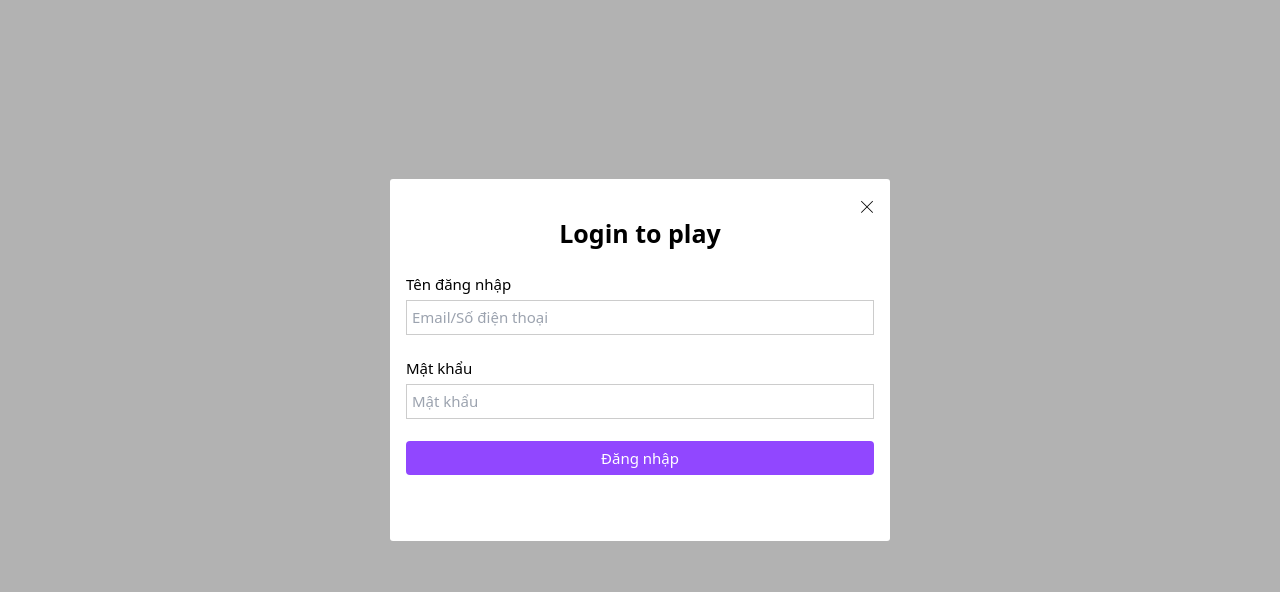
Repository: Teddy1705/demo_pj
Page: /
An editor plug-in stored every save of this project. The page is shown before and after the next save, followed by the edit.
The browser window is 1280 px wide. The pictures show the whole page.
The project was rebuilt for these pictures with package versions that can differ from the ones it lists, and the page was loaded fresh each time. Also part of the build but not shown: vite.config.js.

Above is the page before, as saved 2024-04-16 10:31:54.

After the next save:
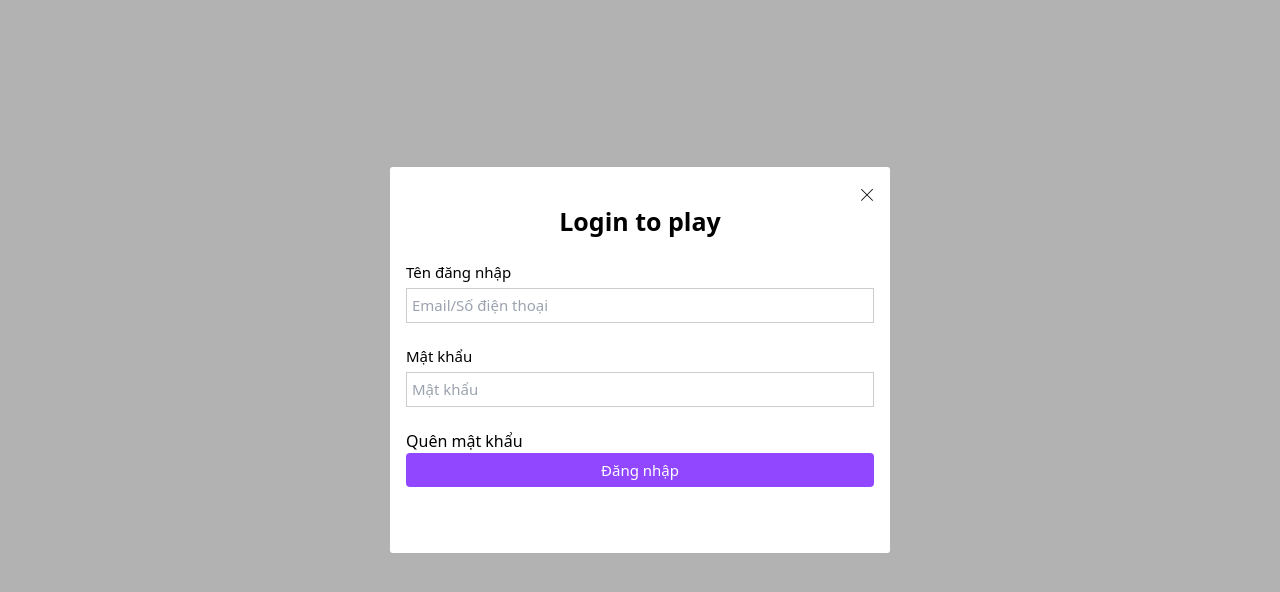
Saved 97 s later.
--- a/src/routes/root.jsx
+++ b/src/routes/root.jsx
@@ -31,6 +31,7 @@ export default function Root() {
                 />
               </div>
             </div>
+            <div className="auth-form__help">Quên mật khẩu</div>
             <button className="auth-form__btn">
               <a
                 href={`https://codesandbox.io/s/q2z497?file=%2Fsrc%2FApp.js&utm_medium=sandpack`}
